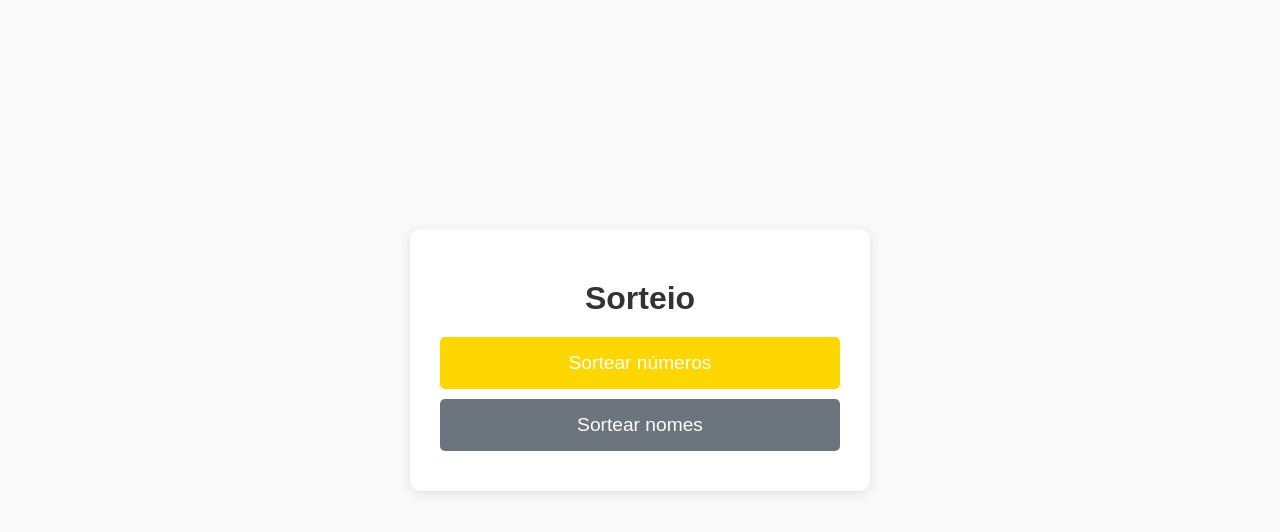
Repository: Matheus904-12/sorte
Page: index.html
These files come from the project's save history. The page is drawn as it stood at one moment and after a run of saves; the edit follows.
The browser window is 1280 px wide. The pictures show the whole page.

Above is the page before, as saved 2023-09-10 19:23:57.

After the next 3 saves:
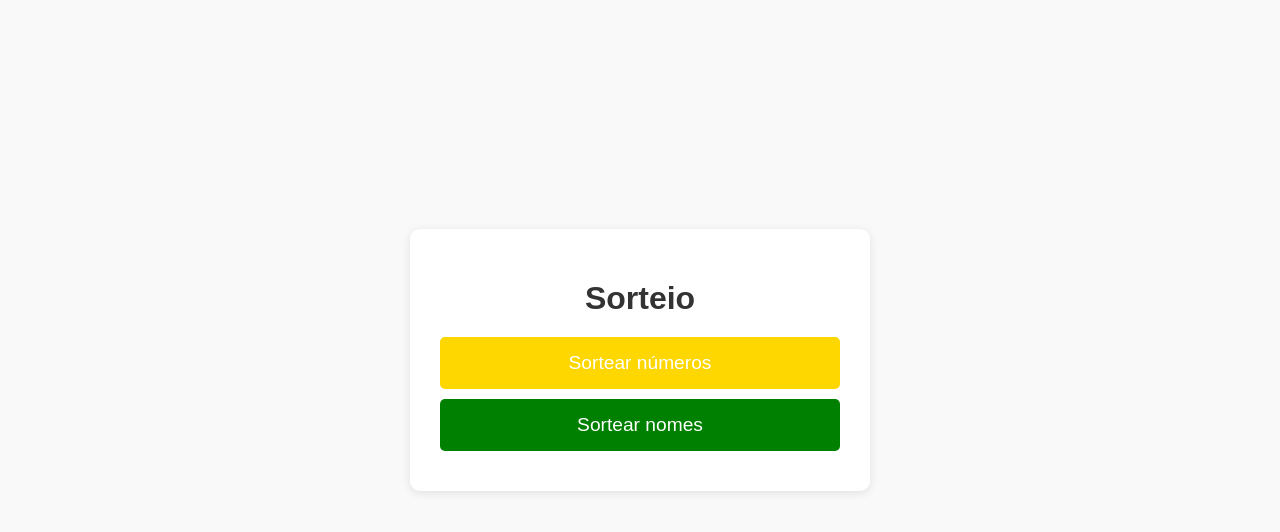
The 3 saves are shown as one change because they came seconds apart.
The last was saved 4 min 12 s later.
--- a/style.css
+++ b/style.css
@@ -41,7 +41,7 @@ h1 {
 }
 
 .options a:last-child {
-  background-color: #6c757d;
+  background-color: #008000;
 }
 
 .options a:last-child:hover {
